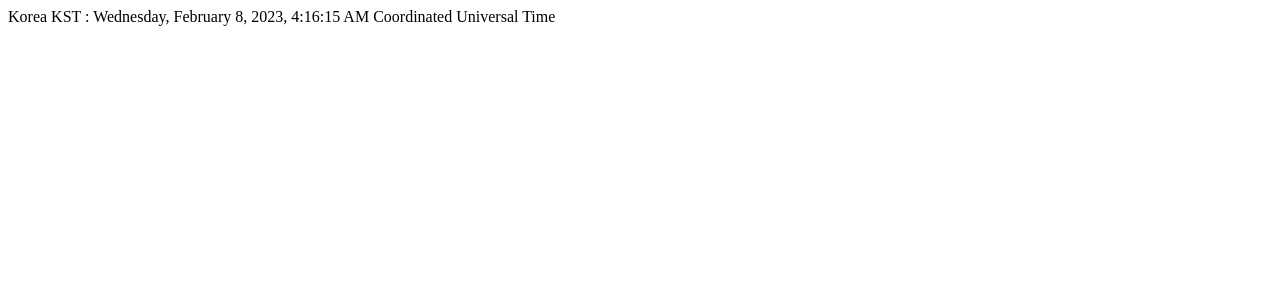
Repository: fatesky25/JSPprogram
Page: http://localhost/ServletProject/jstl/fmtEx04.jsp
The author's editor kept a copy of each file at every save. The page is drawn from the files as they stood at one save, then again after the next save.
The browser window is 1280 px wide. The pictures show the whole page.
The page is served by Tomcat 9. Nobody is signed in. The application's start-up code is not run.

Above is the page before, as saved 2023-02-17 01:50:13.

After the next save:
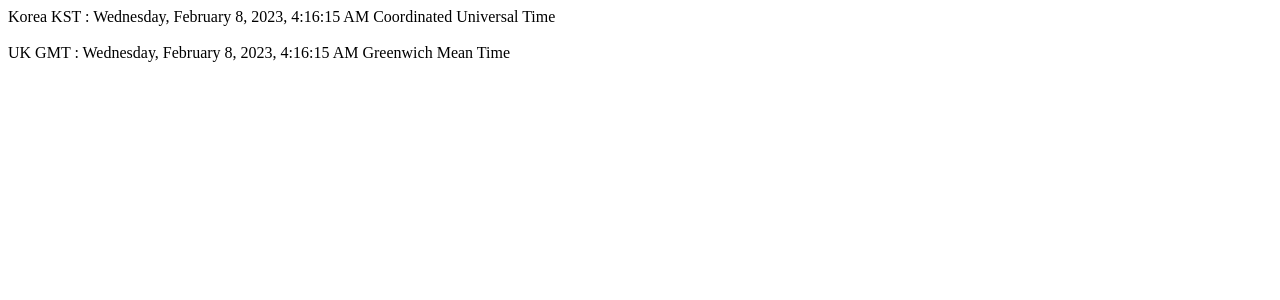
Saved 117 s later.
--- a/ServletProject/src/main/webapp/jstl/fmtEx04.jsp
+++ b/ServletProject/src/main/webapp/jstl/fmtEx04.jsp
@@ -12,8 +12,16 @@
 <body>
 <c:set var="now" value="<%=new java.util.Date() %>" />
 Korea KST :
- <fmt:formatDate value="${now }" type="both"
+<fmt:formatDate value="${now }" type="both"
  dateStyle="full" timeStyle="full" />
+<br><br>
+UK GMT :
+
+<fmt:timeZone value="GMT">
+<fmt:formatDate value="${now }" type="both"
+dateStyle="full" timeStyle="full" />
+</fmt:timeZone>
+<br><br>
 
 
 </body>
